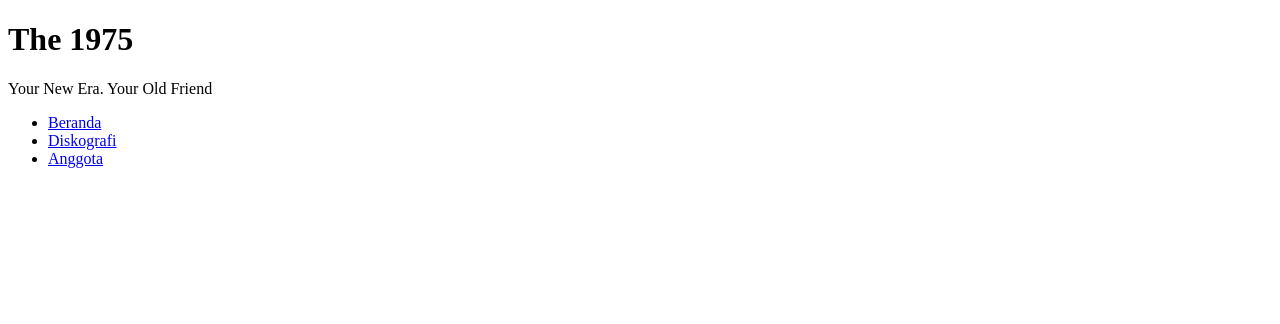
Repository: dikiyuda-1904/the-1975-html-css-landing-page
Page: index.html
The author's editor kept a copy of each file at every save. The page is drawn from the files as they stood at one save, then again after the next save.
The browser window is 1280 px wide. The pictures show the whole page.

Above is the page before, as saved 2024-09-29 23:28:44.

### index.html
<!DOCTYPE html>
<html lang="en">
  <head>
    <meta charset="UTF-8" />
    <meta name="viewport" content="width=device-width, initial-scale=1.0" />
    <title>The 1975</title>

    <!-- CSS -->
    <link rel="stylesheet" href="css/app.css" />

    <!-- Google Fonts -->
    <link rel="preconnect" href="https://fonts.googleapis.com" />
    <link rel="preconnect" href="https://fonts.gstatic.com" crossorigin />
    <link
      href="https://fonts.googleapis.com/css2?family=Anton&family=Open+Sans:ital,wght@0,300..800;1,300..800&display=swap"
      rel="stylesheet"
    />

    <!-- Font Awesome -->
    <link
      rel="stylesheet"
      href="https://cdnjs.cloudflare.com/ajax/libs/font-awesome/5.15.4/css/all.min.css"
      integrity="sha512-1ycn6IcaQQ40/MKBW2W4Rhis/DbILU74C1vSrLJxCq57o941Ym01SwNsOMqvEBFlcgUa6xLiPY/NS5R+E6ztJQ=="
      crossorigin="anonymous"
      referrerpolicy="no-referrer"
    />
  </head>
  <body>
    <header class="navbar-container">
      <div class="jumbotron">
        <h1>The 1975</h1>
        <p>Your New Era. Your Old Friend</p>
      </div>

      <nav class="nav-list">
        <ul>
          <li><a href="#beranda">Beranda</a></li>
          <li><a href="#diskografi">Diskografi</a></li>
          <li><a href="#anggota">Anggota</a></li>
        </ul>
      </nav>
    </header>
  </body>
</html>

Loaded but not shown: css/app.css (no stored copy; drawn as an empty file)

After the next save:
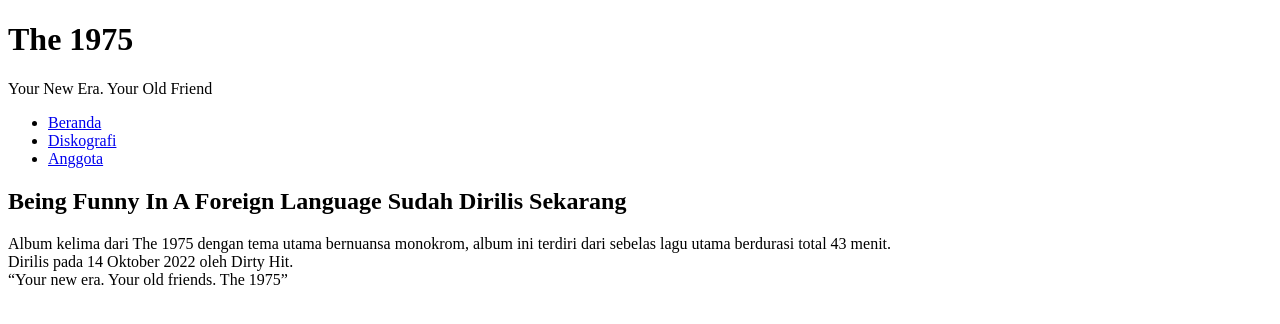
Saved 117 s later.
--- a/index.html
+++ b/index.html
@@ -39,6 +39,24 @@
           <li><a href="#anggota">Anggota</a></li>
         </ul>
       </nav>
+
+      <main>
+        <div class="content">
+          <article id="beranda" class="content-description">
+            <h1 class="title">
+              Being Funny In A Foreign Language Sudah Dirilis Sekarang
+            </h1>
+            <p>
+              Album kelima dari The 1975 dengan tema utama bernuansa monokrom,
+              album ini terdiri dari sebelas lagu utama berdurasi total 43
+              menit.
+              <br />Dirilis pada 14 Oktober 2022 oleh Dirty Hit.<br /><q
+                >Your new era. Your old friends. The 1975</q
+              >
+            </p>
+          </article>
+        </div>
+      </main>
     </header>
   </body>
 </html>
